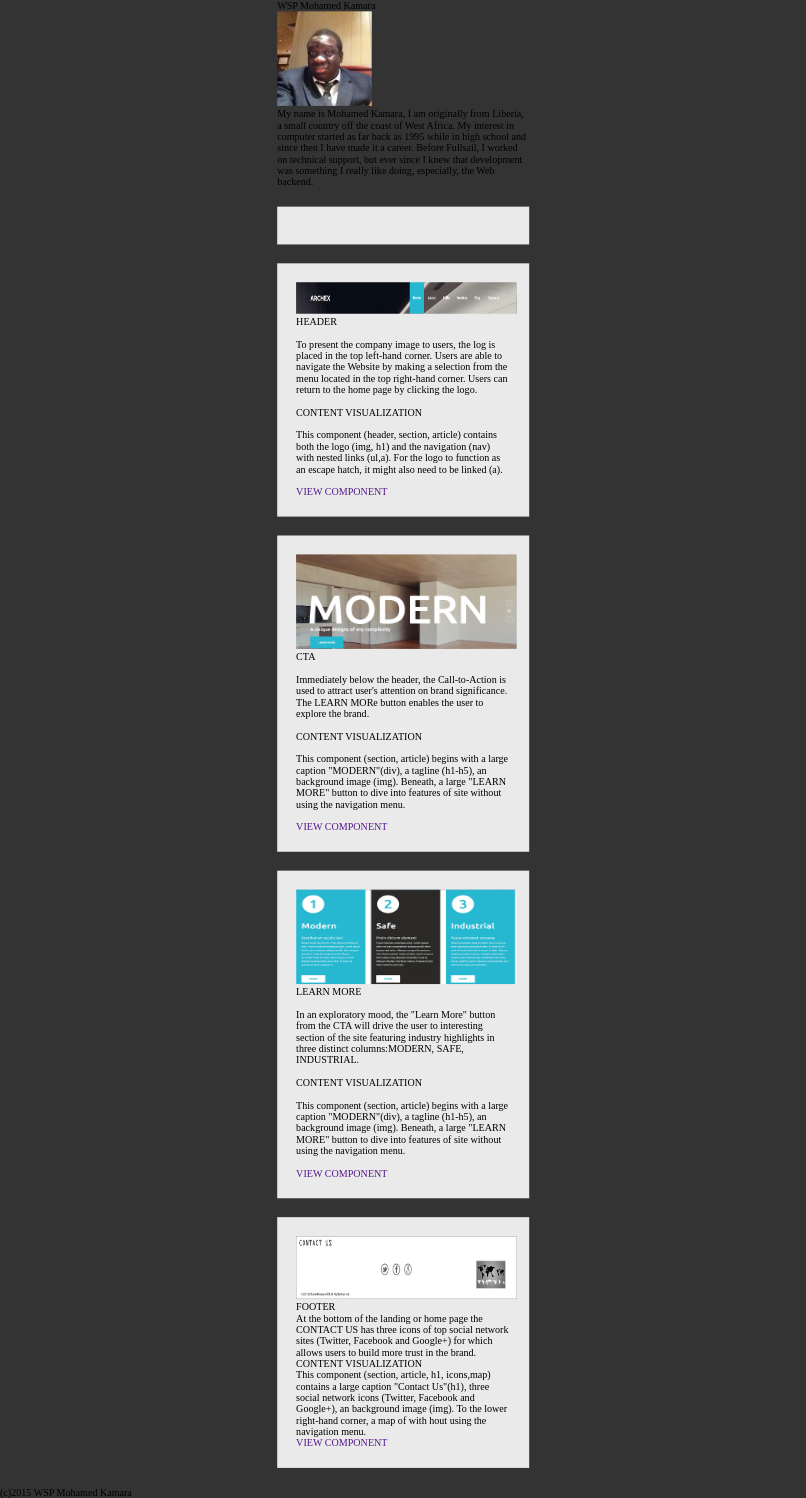
Repository: makamara/WSP_Project
Page: wsp/index.html
These files come from the project's save history. The page is drawn as it stood at one moment and after the next save; the edit follows.
The browser window is 1280 px wide. The pictures show the whole page, at 63% of full size.

Above is the page before, as saved 2015-09-15 17:34:40.

After the next save:
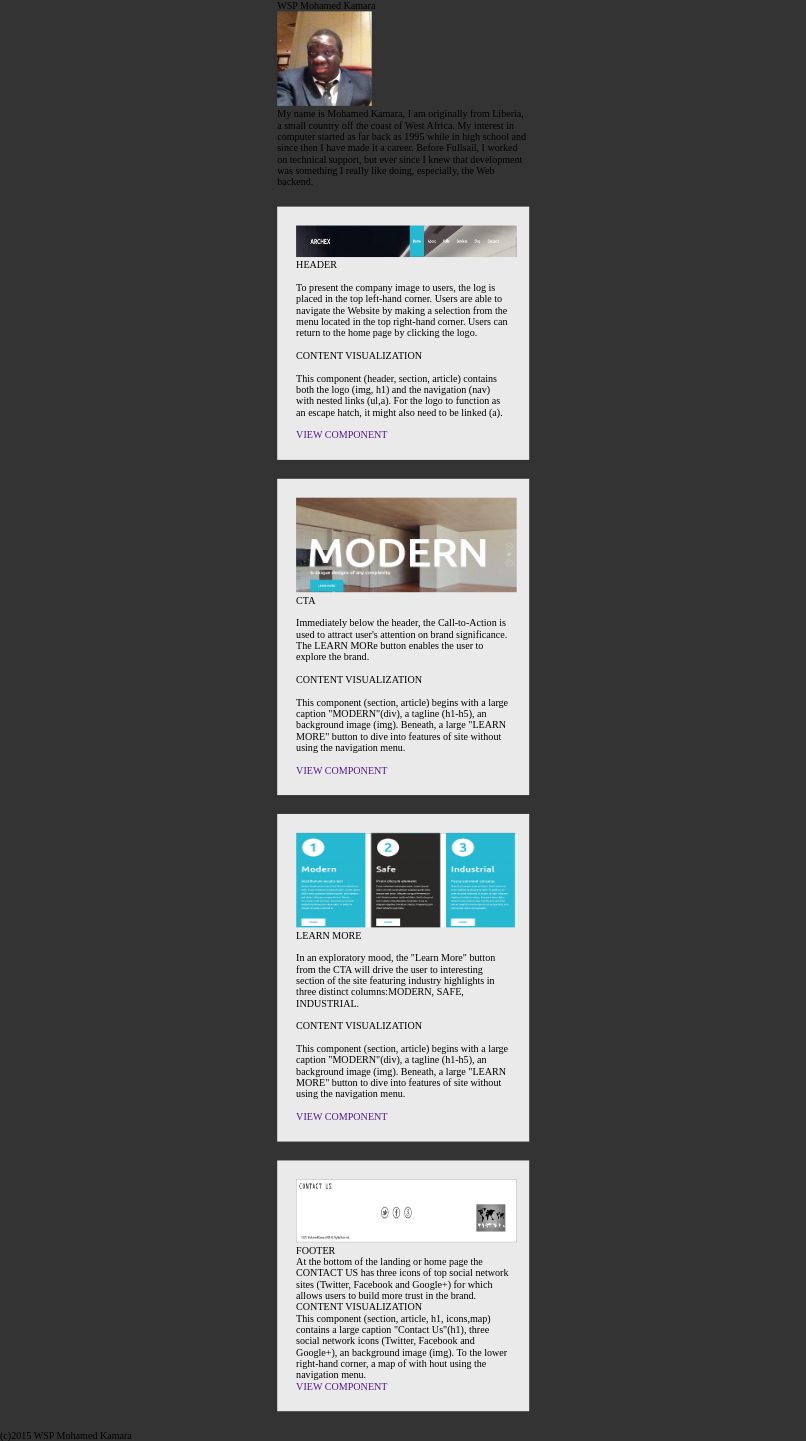
Saved 26 s later.
--- a/wsp/index.html
+++ b/wsp/index.html
@@ -23,9 +23,7 @@
 		support, but ever since I knew that development was something I really like doing, especially, the Web backend.
 		</p>
 		</div>
-		<article>
 
-		</article>
 	</section>
 
 	<!-- Blog, Components -->
